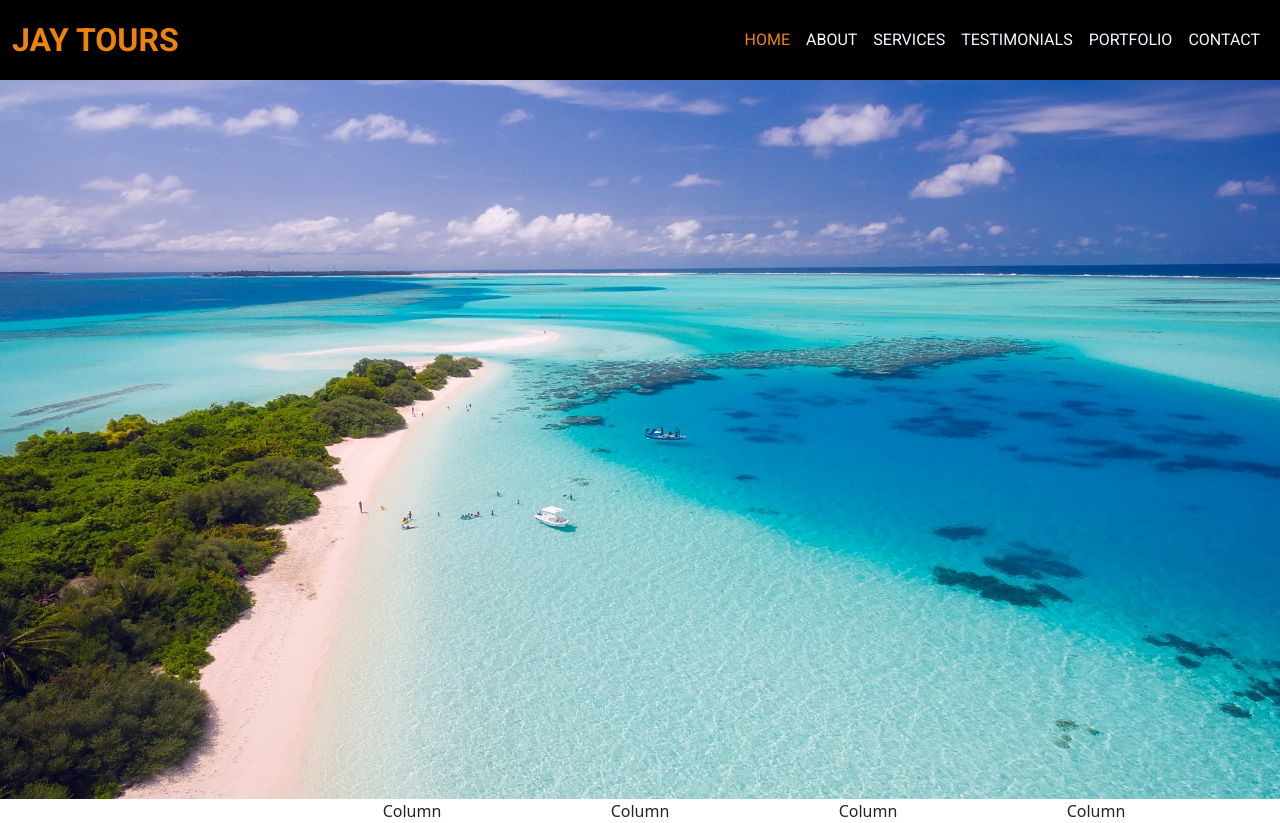
Repository: kasundiudn/Jay-Travel
Page: index.html
These files come from the project's save history. The page is drawn as it stood at one moment and after a run of saves; the edit follows.
The browser window is 1280 px wide. The pictures show the whole page.

Above is the page before, as saved 2025-06-26 10:09:21.

### index.html
<!doctype html>
<html lang="en">
  <head>
    <meta charset="utf-8">
    <meta name="viewport" content="width=device-width, initial-scale=1">
    <title>Bootstrap demo</title>
    <link rel="preconnect" href="https://fonts.googleapis.com">
    <link rel="preconnect" href="https://fonts.gstatic.com" crossorigin>
    <link href="https://fonts.googleapis.com/css2?family=Roboto:ital,wght@0,100..900;1,100..900&display=swap" rel="stylesheet">
    <link href="https://cdn.jsdelivr.net/npm/bootstrap@5.3.7/dist/css/bootstrap.min.css" rel="stylesheet" integrity="sha384-LN+7fdVzj6u52u30Kp6M/trliBMCMKTyK833zpbD+pXdCLuTusPj697FH4R/5mcr" crossorigin="anonymous">
  <style>
    header{  font-family: "Roboto", sans-serif;
           }
    .nav-link{
        color: aliceblue;
    }

  </style>
  </head>
  <body>
<header>
    <nav class="navbar navbar-expand-lg " style="background-color: black; height: 80px;">
  <div class="container-fluid">
    <a class="navbar-brand" href="#" style="color: #eb830c; font-weight: bold;  font-size:xx-large;">JAY TOURS</a>
    <button class="navbar-toggler" type="button" data-bs-toggle="collapse" data-bs-target="#navbarSupportedContent" aria-controls="navbarSupportedContent" aria-expanded="false" aria-label="Toggle navigation">
      <span class="navbar-toggler-icon"></span>
    </button>
    <div class="collapse navbar-collapse justify-content-end" id="navbarSupportedContent">
      <ul class="navbar-nav mb-2 mb-lg-0">
        <li class="nav-item">
          <a class="nav-link active" aria-current="page" href="#" style="color: #eb830c;">HOME</a>
        </li>
        <li class="nav-item">
          <a class="nav-link" href="#">ABOUT</a>
        </li>
         <li class="nav-item">
          <a class="nav-link" href="#">SERVICES</a>
        </li>
         <li class="nav-item">
          <a class="nav-link" href="#">TESTIMONIALS</a>
        </li>
         <li class="nav-item">
          <a class="nav-link" href="#">PORTFOLIO</a>
        </li>
         <li class="nav-item">
          <a class="nav-link" href="#">CONTACT</a>
        </li>
    </div>
  </div>
</nav>
</header>
<img src="main.jpg" alt="Beach image" style="width: 100%; height: auto;">

<div class="container text-center">
  <div class="row">
    <div class="col">

    </div>
    <div class="col">
      Column
    </div>
    <div class="col">
      Column
    </div>
    <div class="col">
      Column
    </div>
    <div class="col">
      Column
    </div>
  </div>
</div>

    <script src="https://cdn.jsdelivr.net/npm/@popperjs/core@2.11.8/dist/umd/popper.min.js" integrity="sha384-I7E8VVD/ismYTF4hNIPjVp/Zjvgyol6VFvRkX/vR+Vc4jQkC+hVqc2pM8ODewa9r" crossorigin="anonymous"></script>
<script src="https://cdn.jsdelivr.net/npm/bootstrap@5.3.7/dist/js/bootstrap.min.js" integrity="sha384-7qAoOXltbVP82dhxHAUje59V5r2YsVfBafyUDxEdApLPmcdhBPg1DKg1ERo0BZlK" crossorigin="anonymous"></script>
  </body>
</html>

After the next 2 saves:
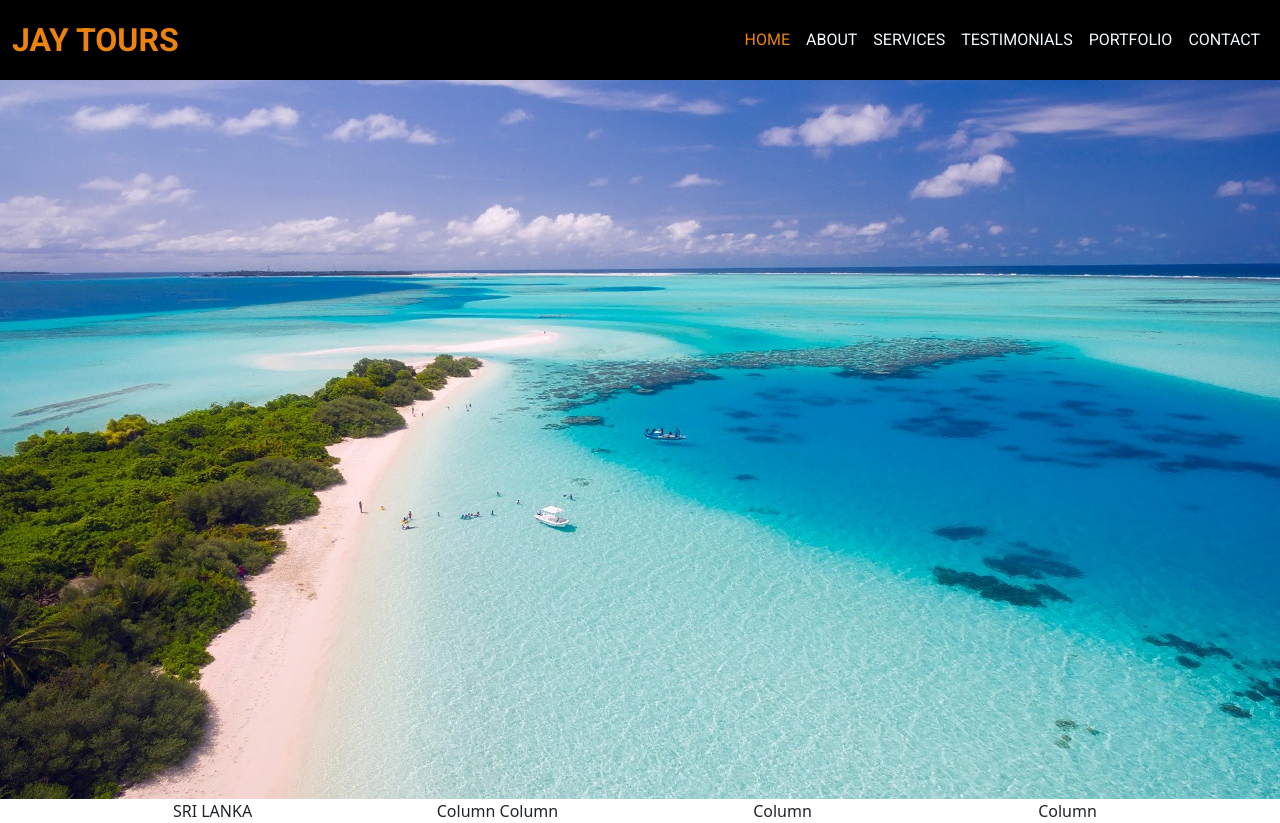
The 2 saves are shown as one change because they came seconds apart.
The last was saved 24 s later.
--- a/index.html
+++ b/index.html
@@ -54,11 +54,11 @@
 <div class="container text-center">
   <div class="row">
     <div class="col">
-
+      SRI LANKA
     </div>
     <div class="col">
       Column
-    </div>
+    </di
     <div class="col">
       Column
     </div>
